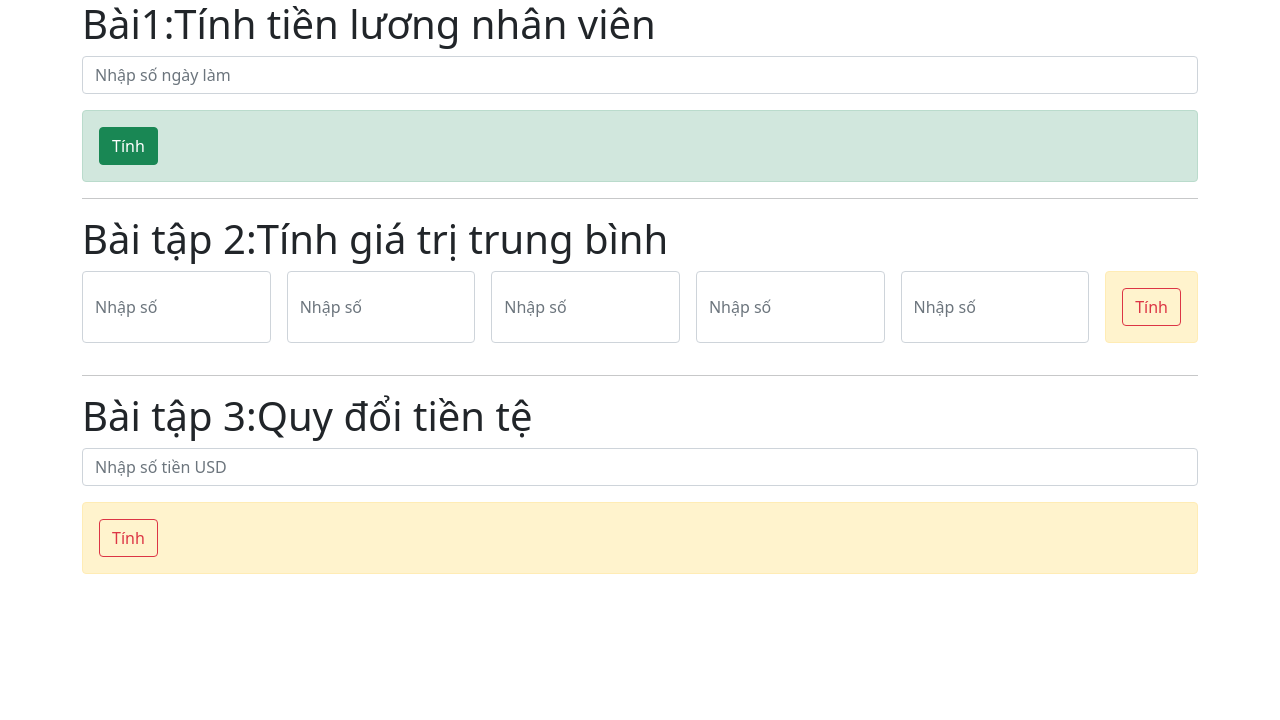
Repository: qkhanh1104k/Js-buoi2-3_giaodienbuoi1
Page: index.html
The author's editor kept a copy of each file at every save. The page is drawn from the files as they stood at one save, then again after the next save.
The browser window is 1280 px wide. The pictures show the whole page.

Above is the page before, as saved 2022-07-21 11:05:21.

After the next save:
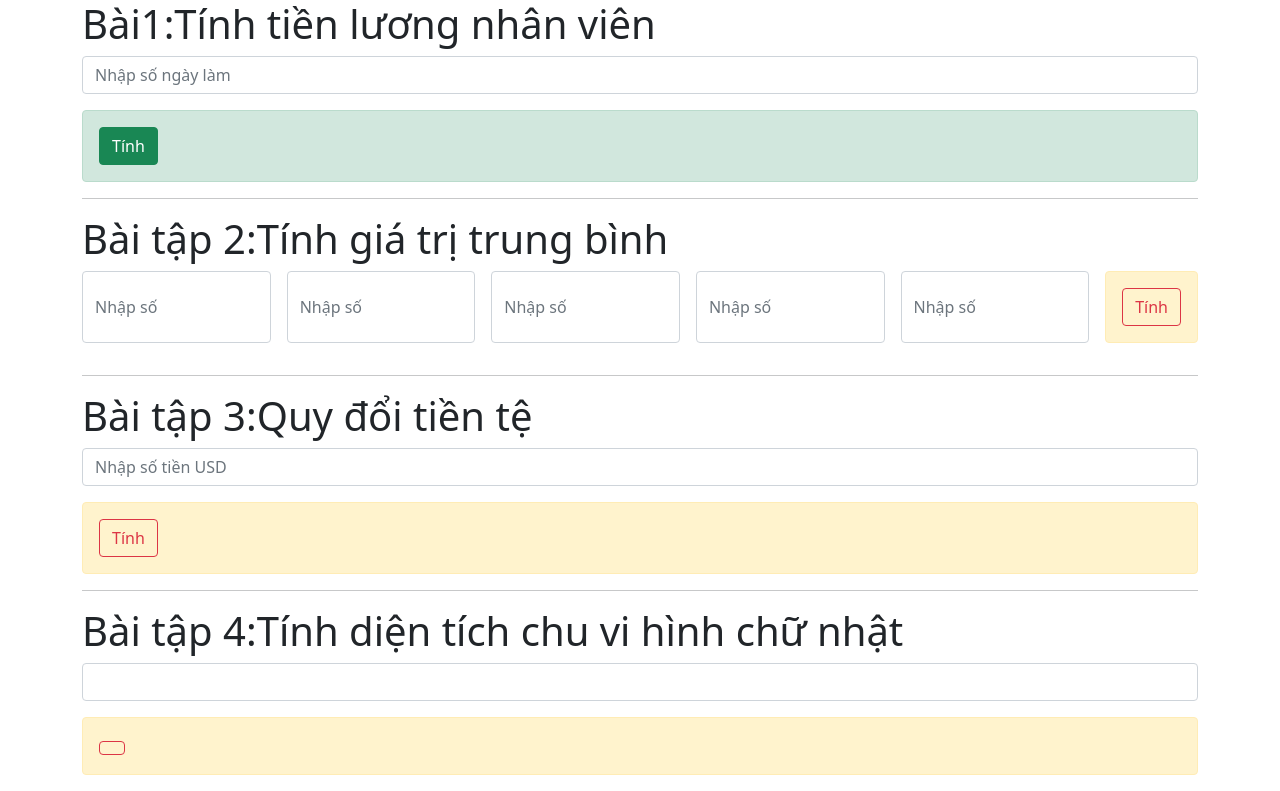
Saved 9 min 19 s later.
--- a/index.html
+++ b/index.html
@@ -45,13 +45,19 @@
         <div>
             <input type="text" class="form-control mb-3" id="txtNumBt3" placeholder="Nhập số tiền USD">
             <div class="alert alert-warning" id="resBt3">
-                <button class="btn btn-outline-danger" onclick="changeMony()">Tính</button>
+                <button class="btn btn-outline-danger" onclick="changeMoney()">Tính</button>
+            </div>
+        </div>
+        <hr>
+        <h1>Bài tập 4:Tính diện tích chu vi hình chữ nhật</h1>
+        <div>
+            <input type="text" id="txtNumBt4" class="form-control mb-3" >
+            <div id="resBt4" class="alert alert-warning">
+                <button class="btn btn-outline-danger" onclick="calcSquare"></button>
             </div>
         </div>
     </div>
 
-      </div>
-    </div>
 
     <script src="./index.js"></script>
   </body>
